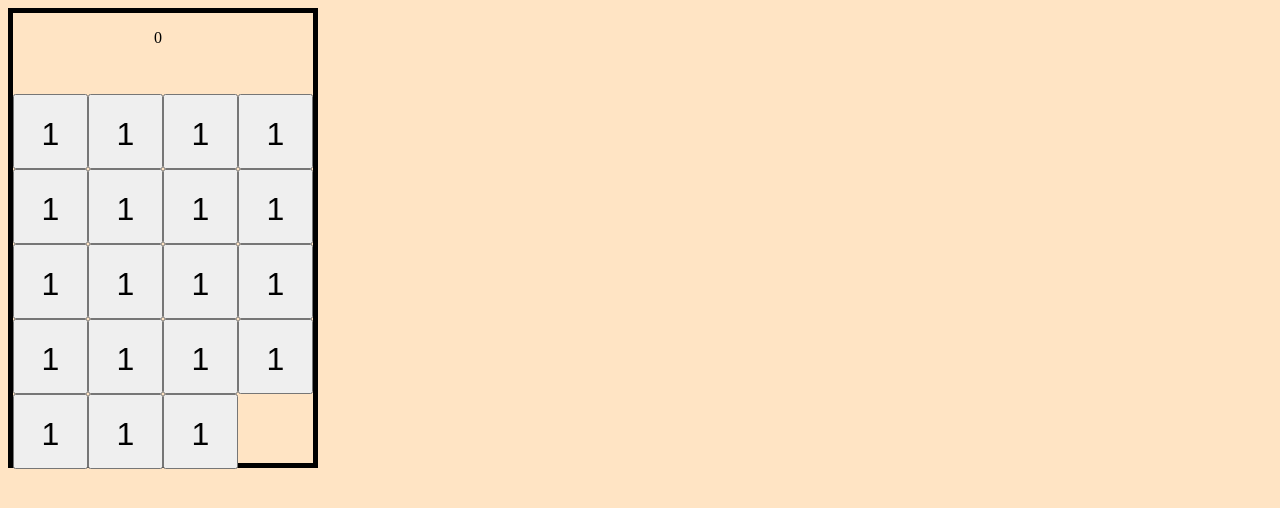
Repository: noahcallen/LAB-calculator
Page: index.html
An editor plug-in stored every save of this project. The page is shown before and after the next save, followed by the edit.
The browser window is 1280 px wide. The pictures show the whole page.

Above is the page before, as saved 2024-07-10 19:03:38.

### index.html
<!DOCTYPE html>
<html lang="en">
<head>
  <meta charset="UTF-8">
  <meta name="viewport" content="width=device-width, initial-scale=1.0">
  <title>Document</title>
  <link rel="stylesheet" href="main.css">
  <meta name="viewport" content="width=device-width, initial-scale=1">
</head>
<body>
  <div class="container">
    <div class="display">
      <p>0</p>
    </div>
    <div class="row">
      <div class="col">
        <button type="button" class="btn btn-primary">1</button>
      </div>
      <div class="col">
        <button type="button" class="btn btn-primary">1</button>
      </div>
      <div class="col">
        <button type="button" class="btn btn-primary">1</button>
      </div>
      <div class="col">
        <button type="button" class="btn btn-primary">1</button>
      </div>
      <div class="col">
        <button type="button" class="btn btn-primary">1</button>
      </div>
      <div class="col">
        <button type="button" class="btn btn-primary">1</button>
      </div>
      <div class="col">
        <button type="button" class="btn btn-primary">1</button>
      </div>
      <div class="col">
        <button type="button" class="btn btn-primary">1</button>
      </div>
      <div class="col">
        <button type="button" class="btn btn-primary">1</button>
      </div>
      <div class="col">
        <button type="button" class="btn btn-primary">1</button>
      </div>
      <div class="col">
        <button type="button" class="btn btn-primary">1</button>
      </div>
      <div class="col">
        <button type="button" class="btn btn-primary">1</button>
      </div>
      <div class="col">
        <button type="button" class="btn btn-primary">1</button>
      </div>
      <div class="col">
        <button type="button" class="btn btn-primary">1</button>
      </div>
      <div class="col">
        <button type="button" class="btn btn-primary">1</button>
      </div>
      <div class="col">
        <button type="button" class="btn btn-primary">1</button>
      </div>
      <div class="col">
        <button type="button" class="btn btn-primary">1</button>
      </div>
      <div class="col">
        <button type="button" class="btn btn-primary">1</button>
      </div>
      <div class="col">
        <button type="button" class="btn btn-primary">1</button>
      </div>
  </div>

  </div>



  <script src="main.js"></script>
  <!-- import js bootstrap -->
  <script src="https://cdn.jsdelivr.net/npm/bootstrap@5.3.3/dist/js/bootstrap.bundle.min.js" integrity="sha384-YvpcrYf0tY3lHB60NNkmXc5s9fDVZLESaAA55NDzOxhy9GkcIdslK1eN7N6jIeHz" crossorigin="anonymous"></script>
</body>
</html>

### main.css
body {
  background-color: bisque;
}

.display {
  height: 65px;
  width: 290px;
}

.container {
  text-align: center;
  /* display: flex; */
  /* justify-content: space-around; */
  border: solid 5px black;
  height: 450px;
  width: 300px;
}

.btn-primary {
  display: flex;
  flex-wrap: wrap;
  justify-content: center;
  font-family: Arial, Helvetica, sans-serif;
  font-size: xx-large;
  height: 75px;
  width: 75px;
  padding: 20px;
}

.row {
  display: flex;
  flex-wrap: wrap;
}

Loaded but not shown: main.js (no stored copy; drawn as an empty file)

After the next save:
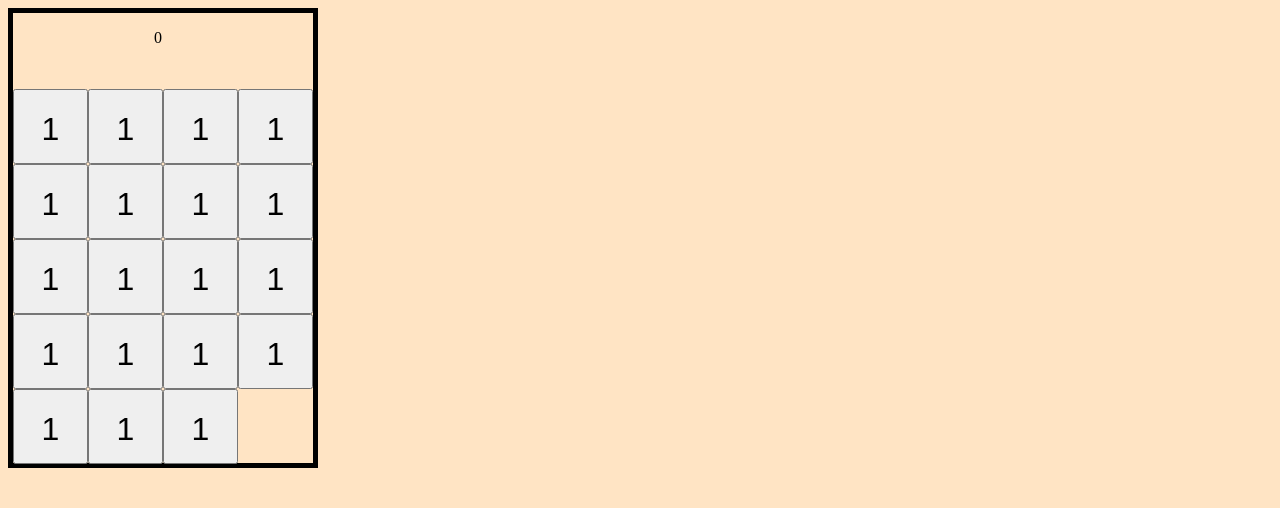
Saved 7 s later.
--- a/main.css
+++ b/main.css
@@ -3,7 +3,7 @@ body {
 }
 
 .display {
-  height: 65px;
+  height: 60px;
   width: 290px;
 }
 
